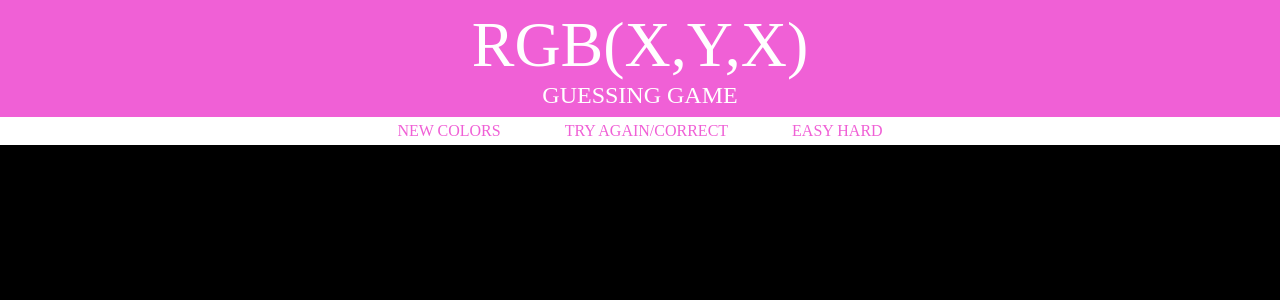
Repository: EEOOOO/javascript-projects
Page: rgbColorGameApp/index.html
These files come from the project's save history. The page is drawn as it stood at one moment and after the next save; the edit follows.
The browser window is 1280 px wide. The pictures show the whole page.

Above is the page before, as saved 2022-07-18 18:38:48.

After the next save:
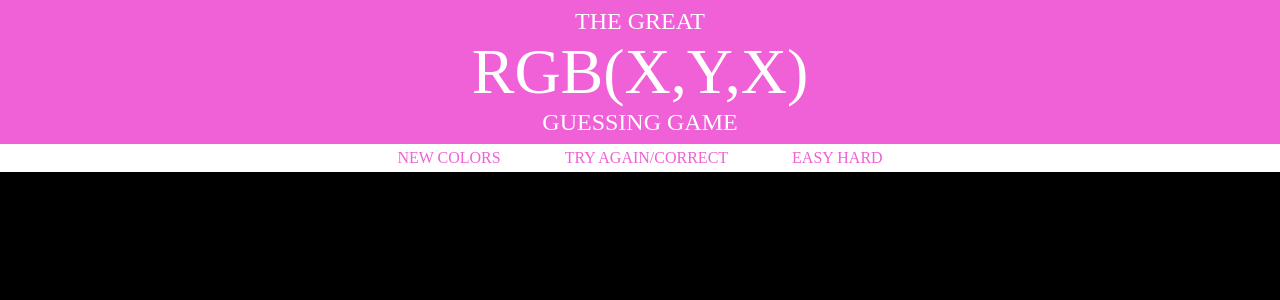
Saved 22 s later.
--- a/rgbColorGameApp/index.html
+++ b/rgbColorGameApp/index.html
@@ -11,6 +11,7 @@
 <body>
     <header>
         <div class="headerMain">
+            <span class="gameTitle">THE GREAT</span>
             <span class="rgbQuestion">RGB(X,Y,X)</span>
             <span class="gameTitle">GUESSING GAME</span>
         </div>
